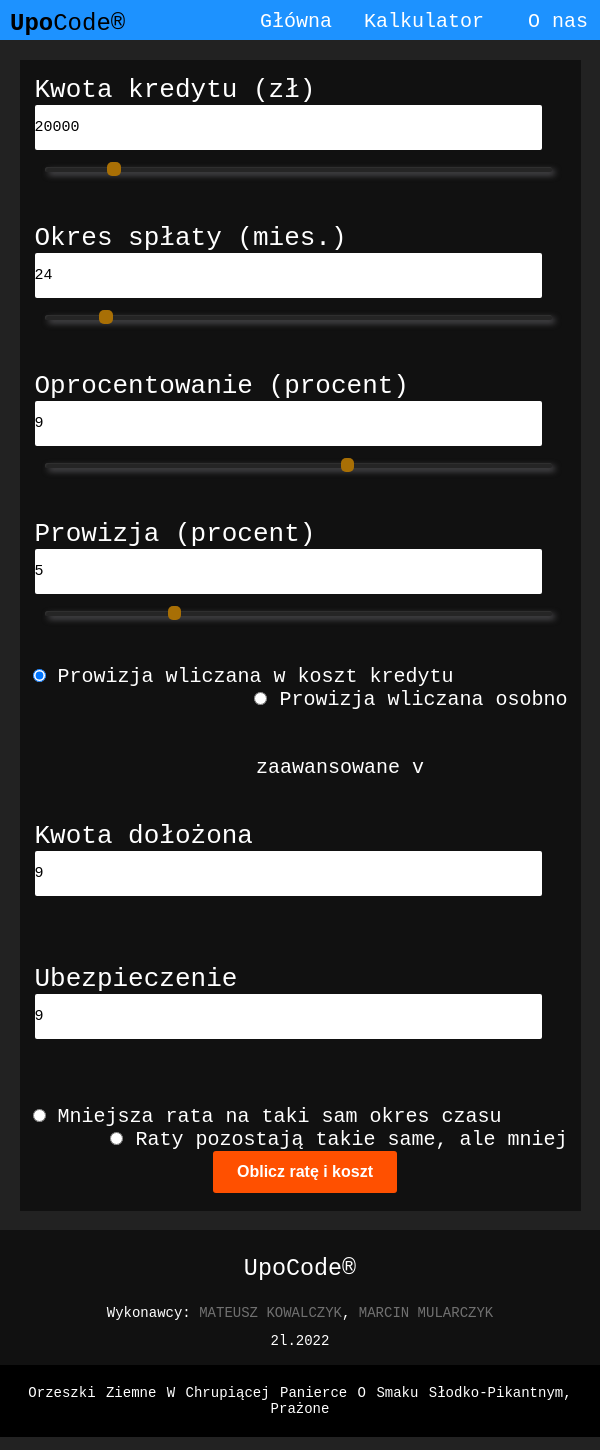
Repository: Klemingway/egzamin
Page: kalkulator.html
An editor plug-in stored every save of this project. The page is shown before and after a run of saves, followed by the edit.
The browser window is 600 px wide. The pictures show the whole page.

Above is the page before, as saved 2023-01-25 12:24:48.

After the next 2 saves:
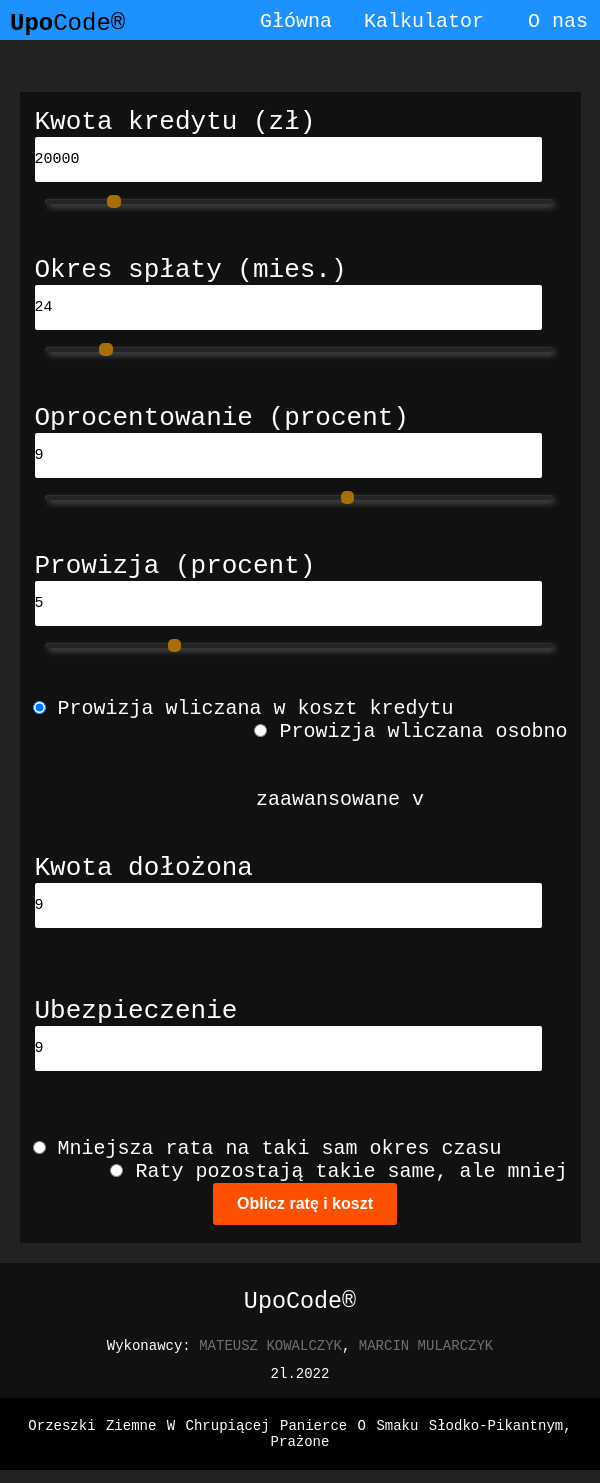
The 2 saves are shown as one change because they came seconds apart.
The last was saved 36 s later.
--- a/style/styl.css
+++ b/style/styl.css
@@ -295,4 +295,7 @@ footer {
     #d5 {
         text-align: center;
     }
-}
+    #gl {
+        margin-top: 4em;
+    }
+}
